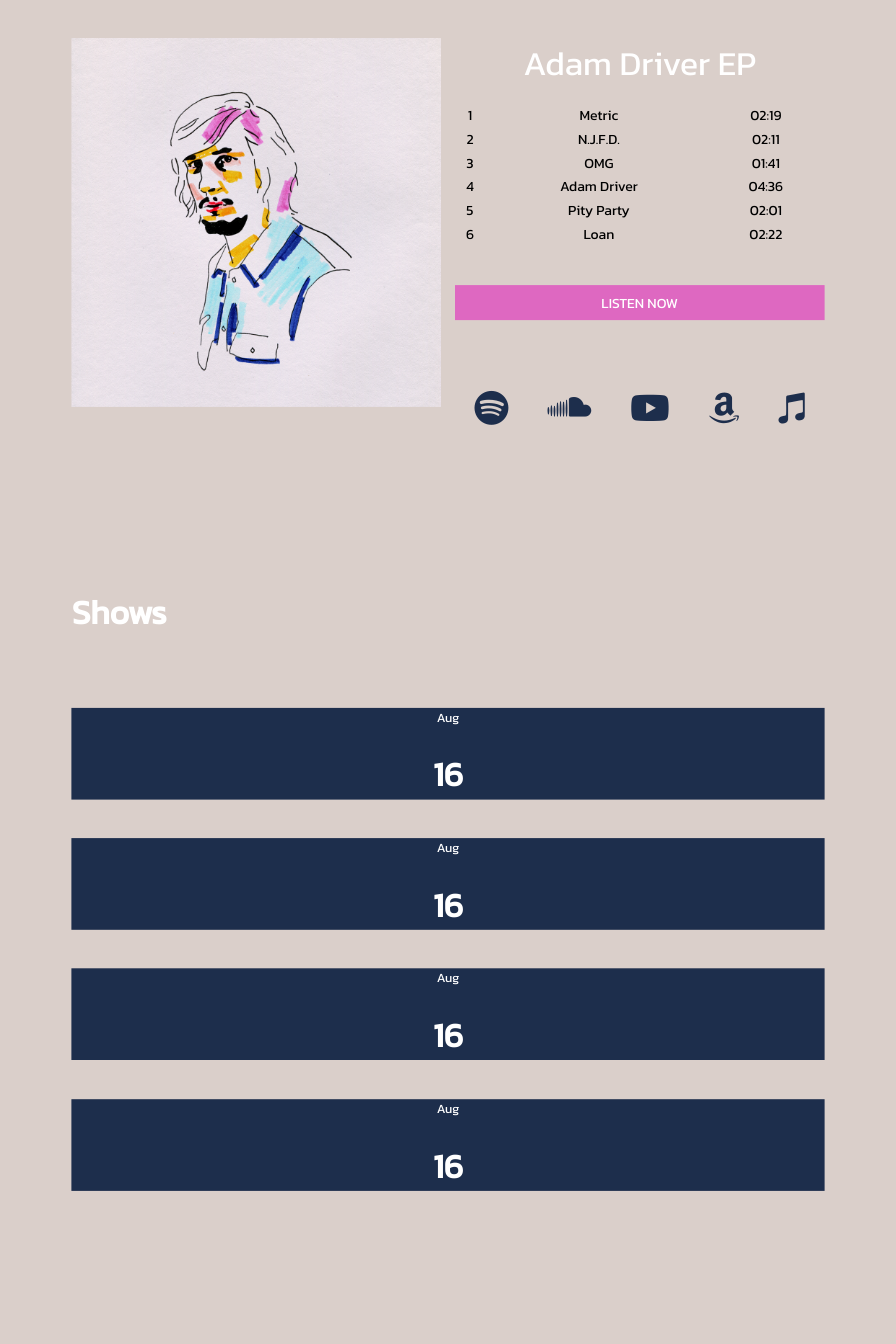
Repository: KrystellBarraza/SipperNYC
Page: index.html
An editor plug-in stored every save of this project. The page is shown before and after the next save, followed by the edit.
The browser window is 1280 px wide. The pictures show the part of the page from y = 1725 to 3645 px (the page is 3645 px tall before and 3375 px after), at 70% of full size.
Some web libraries are served in a nearby version.

Above is the page before, as saved 2019-08-26 15:22:19.

### index.html
<!DOCTYPE html>
    <head>
        <meta charset="utf-8">
        <meta http-equiv="X-UA-Compatible" content="IE=edge">
        <title>Sipper</title>
        <meta name="description" content="Wholesome and intrinsically delicate, SIPPER is an NYC based band who wants nothing more than to make you enjoy whatever they put out.">
        <meta name="viewport" content="width=device-width, initial-scale=1">
        <script src="https://kit.fontawesome.com/0942df55aa.js"></script>
        <script src="https://ajax.googleapis.com/ajax/libs/jquery/3.4.1/jquery.min.js"></script>
        <link rel="stylesheet" href="https://ajax.googleapis.com/ajax/libs/jqueryui/1.12.1/themes/smoothness/jquery-ui.css">
        <script src="https://ajax.googleapis.com/ajax/libs/jqueryui/1.12.1/jquery-ui.min.js"></script>
        <link href="https://fonts.googleapis.com/css?family=Kanit&display=swap" rel="stylesheet">
        <link rel="stylesheet" href="venobox/venoboxcopy.css" type="text/css" media="screen">
        <link rel="stylesheet" href="style.css">
    </head>
    <body>

        <div class="container-home">
            <div class="head">
                <header>
                    <h1><a href="index.html">Sipper</a></h1>

                    <div id="toggleText">
                        <p class="menuToggle Open placeHolder"></p>
                        <p class="menuToggle Close" style="color: #FFF;"></p>
                    </div>

                    <div id="menu">
                        <ul id="hiddenMenu">
                            <li><a href="#video">Video</a></li>
                            <li><a href="#music">Music</a></li>
                            <li><a href="#shows">Shows</a></li>
                            <li><a href="#about">About</a></li>
                        </ul>
                    </div>

                    <div class="inlineMenu">
                        <a href="#video">Video</a>
                        <a href="#music">Music</a>
                        <a href="#shows">Shows</a>
                        <a href="#about">About</a>
                    </div>

                </header>
            </div>

            <div id="menu-container"></div>

            <div class="menu">
                <div class="flexbox-nav">
                    <nav class="side-Nav">
                        <li><a href="#video">Video</a></li>
                        <li><a href="#music">Music</a></li>
                        <li><a href="#shows">Shows</a></li>
                        <li><a href="#about">About</a></li>
                    </nav>
                </div>
            </div>

            <div class="album">
                <img src="images/albumcover.jpg">
            </div>

            <div class="footer"></div>

        </div>


        <div class="container-video">
            <div class="head-video">
                <h1 id="video">Video</h1>
            </div>

            <div class="container video-a">
                <div class="content">
                    <a class="venobox" data-autoplay="true" data-vbtype="video" data-gall="myGallery" href="https://youtu.be/N3MalJX4Ll4">
                        <div class="content-overlay"></div>
                        <img class="content-image" src="images/AdamDriver.jpg" alt="Adam Driver">
                        <div class="content-details fadeIn-bottom">
                            <p class="content-title">Adam Driver</p>
                        </div>
                    </a>
                </div>
            </div>

            <div class="container video-b">
                <div class="content">
                    <a class="venobox" data-autoplay="true" data-vbtype="video" data-gall="myGallery" href="https://youtu.be/suzVxfuO1rU">
                        <div class="content-overlay"></div>
                        <img class="content-image" src="images/Metric.jpg" alt="Metric">
                        <div class="content-details fadeIn-top">
                            <p class="content-title">Metric</p>
                        </div>
                    </a>
                </div>
            </div>

            <div class="container video-c">
                <div class="content">
                    <a class="venobox" data-autoplay="true" data-vbtype="video" data-gall="myGallery" href="https://youtu.be/sNYNVeHuiyg">
                        <div class="content-overlay"></div>
                        <img class="content-image" src="images/NJFD.jpg" alt="N.J.F.D.">
                        <div class="content-details fadeIn-left">
                            <p class="content-title">N.J.F.D.</p>
                        </div>
                    </a>
                </div>
            </div>

            <div class="container video-d">
                <div class="content">
                    <a class="venobox" data-autoplay="true" data-vbtype="video" data-gall="myGallery" href="https://youtu.be/S9CmWtUvWd0">
                        <div class="content-overlay"></div>
                        <img class="content-image" src="images/OMG.jpg" alt="OMG">
                        <div class="content-details fadeIn-right">
                            <p class="content-title">OMG</p>
                        </div>
                    </a>
                </div>
            </div>

            <div class="footer-video"></div>

        </div>

        <div class="container-music">
            <div class="head-music">
                <h1 id="music">Music</h1>
            </div>

            <div class="ep">
                <img src="images/albumcover.jpg">
            </div>

            <div class="music-k">
                <p class="ep-title">Adam Driver EP</p>

                <table>
                    <tr>
                        <td>1</td>
                        <td>Metric</td>
                        <td>02:19</td>
                    </tr>
                    <tr>
                        <td>2</td>
                        <td>N.J.F.D.</td>
                        <td>02:11</td>
                    </tr>
                    <tr>
                        <td>3</td>
                        <td>OMG</td>
                        <td>01:41</td>
                    </tr>
                    <tr>
                        <td>4</td>
                        <td>Adam Driver</td>
                        <td>04:36</td>
                    </tr>
                    <tr>
                        <td>5</td>
                        <td>Pity Party</td>
                        <td>02:01<td>
                    </tr>
                    <tr>
                        <td>6</td>
                        <td>Loan</td>
                        <td>02:22</td>
                    </tr>
                </table>
            </div>

            <div class="music-j">
                <div class="listen">
                    <a href="https://levelmusic.lnk.to/AdamDriver_EP" target="_blank">Listen Now</a>
                </div>
            </div>

            <div class="fabIcons music-g">
                <a href="https://open.spotify.com/album/55qLPgpA8Q9fKp5JZo5pjp" target="_blank"><i class="fab fa-spotify"></i></a>
                <a href="https://soundcloud.com/invertebratemusic/sets/sipper-adam-driver-ep" target="_blank"><i class="fab fa-soundcloud"></i></a>
                <a href="https://www.youtube.com/channel/UC4grwiaSitqhA_vmRum_fdg/search?query=sipper" target="_blank"><i class="fab fa-youtube"></i></a>
                <a href="https://www.amazon.com/gp/product/B07QJBL8ZX/ref=dm_ws_sp_ps_dp" target="_blank"><i class="fab fa-amazon"></i></a>
                <a href="https://music.apple.com/us/album/1459355658?app=music" target="_blank"><i class="fab fa-itunes-note"></i></a>
            </div>

            <div class="footer-music"></div>

        </div>

        <div class="container-shows">
            <div class="head-shows">
                <h1 id="shows">Shows</h1>
            </div>

            <div class="shows-m">
                <div class="dates-container">
                    <div class="date">
                        <p style="color: #FFF;">Aug</p>
                        <h1>16</h1>
                    </div>
                </div>
            </div>


            <div class="shows-n">
                <div class="dates-container">
                    <div class="date">
                        <p style="color: #FFF;">Aug</p>
                        <h1>16</h1>
                    </div>
                </div>
            </div>


            <div class="shows-o">
                <div class="dates-container">
                    <div class="date">
                        <p style="color: #FFF;">Aug</p>
                        <h1>16</h1>
                    </div>
                </div>
            </div>


            <div class="shows-p">
                <div class="dates-container">
                    <div class="date">
                        <p style="color: #FFF;">Aug</p>
                        <h1>16</h1>
                    </div>
                </div>
            </div>


            <div class="footer-shows"></div>

        </div>

        <script src="app.js" async defer></script>
        <script src="venobox/venobox.mincopy.js" async defer></script>
    </body>
</html>

### style.css
* {
    box-sizing: border-box;
}

html {
    scroll-behavior: smooth;
}

body {
    margin: 0;
    background-color: #dacfca;
}

p, li {
    font-family: 'Kanit', sans-serif;
}

p {
    font-size: 18px;
}

h1 {
    font-family: 'Kanit', sans-serif;
    color: #fff;
    font-size: 48px;
}

a {
    text-decoration: none;
    color: #fff;
}

/* Header - Home */

.container-home {
    display: grid;
    grid-template-columns: repeat(12, 1fr);
    grid-template-rows: auto 2fr 1fr;
    grid-gap: 5px;
    grid-column-gap: 20px;
    padding-left: 8%;
    padding-right: 8%;
    grid-template-areas:
    "h h h h h h h h h h h h"
    "c c c c c c c c c m m m"
    "c c c c c c c c c m m m"
    "c c c c c c c c c m m m"
    "f f f f f f f f f f f f";
}

.head {
    grid-area: h;
}

.inlineMenu {
    font-family: 'Kanit', sans-serif;
    font-size: 22px;
    word-spacing: 1em;
    top: 16%;
    right: 10%;
    position: absolute;
}

@media (min-width: 566px) and (max-width: 569px) {
    .inlineMenu {
        top: 19.5%;
        word-spacing: .5em;
    }
}

/* Toggled Header Nav */

#toggleText {
    top: 5%;
    right: 10%;
    color: #fff;
    position: absolute;
    z-index: 10;
}

#menu-container {
    background-color: #1d2e4c;
    position: absolute;
    width: 100%;
    left: 0%;
    height: 100vh;
    z-index: 6;
}

#menu {
    background-color: #1d2e4c;
    position: absolute;
    top: 0%;
    left: 0%;
    width: 100%;
    height: 100vh;
    z-index: 7;
}

#hiddenMenu {
    position: absolute;
    top: 30%;
}

p.placeHolder {
    display: none;
}

p.Open:before {
    content: "Menu";
}

p.Close:before {
    content: "Close";
}

ul {
    list-style: none;
}

li {
    font-size: 44px;
    line-height: 46pt;
}

/* Toggled Menu Media Queries */

@media only screen and (max-width: 450px) {
    nav {
        visibility: hidden;
    }
}

@media only screen and (min-width: 450px) {
    #toggleText {
        visibility: hidden;
    }

    #menu {
        visibility: hidden;
    }

    #menu-container {
        visibility: hidden;
    }
}

/* Scrollbar */

::-webkit-scrollbar { width: 8px; }

::-webkit-scrollbar-track { color: transparent; }

::-webkit-scrollbar-thumb {
    background-color: rgba(000, 0, 0, 0.2);
    border-radius: 5px;
}

/* Menu */

.menu {
    grid-area: m;
}

.flexbox-nav {
    display: flex;
    align-items: flex-end;
    justify-content: flex-end;
    margin-top: 356px;
}

.side-nav {
    align-self: flex-end;
    margin-top: 30px;
}

nav > a {
    font-family: 'Kanit', sans-serif;
    color: #fff;
    font-size: 48px;
}

nav > li {
    list-style-type: none;
    padding: 0;
    margin: 0;
}

@media only screen and (max-width: 416px){
    .menu {
        display: none;
    }

    .container-home {
        display: grid;
        grid-template-columns: repeat(12, 1fr);
        grid-template-rows: auto 2fr 1fr;
        grid-gap: 5px;
        padding-left: 8%;
        padding-right: 8%;
        grid-template-areas:
        "h h h h h h h h h h h h"
        "c c c c c c c c c c c c"
        "c c c c c c c c c c c c"
        "c c c c c c c c c c c c"
        "f f f f f f f f f f f f";
    }

    .album > img {
        object-fit: contain;
        width: 100%;
    }

}

/* Inline Menu Queries */

@media only screen and (max-width: 416px) {
    .inlineMenu {
        display: none;
    }
}

@media only screen and (min-width: 766px){
    .inlineMenu {
        display: none;
    }
}

/* Mobile Landscape Queries */

@media (orientation: landscape) and (max-width: 766px) {
    .menu {
        display: none;
    }

    .container-home {
        display: grid;
        grid-template-columns: repeat(12, 1fr);
        grid-template-rows: auto 2fr 1fr;
        grid-gap: 5px;
        padding-left: 8%;
        padding-right: 8%;
        grid-template-areas:
        "h h h h h h h h h h h h"
        "c c c c c c c c c c c c"
        "c c c c c c c c c c c c"
        "c c c c c c c c c c c c"
        "f f f f f f f f f f f f";
    }

    .album > img {
        object-fit: contain;
        width: 100%;
    }
}

/* Album */

.album {
    grid-area: c;
}

.album > img {
    object-fit: contain;
    width: 100%;
    max-height: 600px;
}

.footer {
    grid-area: f;
    height: 70px;
}


/* Video */

.container-video {
    display: grid;
    grid-template-columns: repeat(12, 1fr);
    grid-template-rows: auto 1fr 1fr;
    grid-gap: 5px;
    grid-column-gap: 20px;
    padding-left: 8%;
    padding-right: 8%;
    grid-template-areas:
    "h h h h h h h h h h h h"
    "a a a a a a b b b b b b"
    "c c c c c c d d d d d d"
    "f f f f f f f f f f f f";
}

.head-video {
    grid-area: h;
}

.video-a {
    grid-area: a;
    justify-self: center;
}

.video-b {
    grid-area: b;
    justify-self: center;
}

.video-c {
    grid-area: c;
    justify-self: center;
}

.video-d {
    grid-area: d;
    justify-self: center;
}

.footer-video {
    grid-area: f;
    height: 70px;
}

.container .title {
    text-align: center;
}

.content {
    position: relative;
    width: 100%;
    max-width: 550px;
    overflow: hidden;
}

.content .content-overlay {
    background: rgba(0,0,0,0.7);
    position: absolute;
    height: 99%;
    width: 100%;
    opacity: 0;
    -webkit-transition: all 0.4s ease-in-out 0s;
    -moz-transition: all 0.4s ease-in-out 0s;
    transition: all 0.4s ease-in-out 0s;
}

.content:hover .content-overlay {
    opacity: 1;
}

.content-image {
    width: 100%;
}

.content-details {
    position: absolute;
    text-align: center;
    padding-left: 1em;
    padding-right: 1em;
    width: 100%;
    top: 50%;
    left: 50%;
    opacity: 0;
    -webkit-transform: translate(-50%, -50%);
    -moz-transform: translate(-50%, -50%);
    transform: translate(-50%, -50%);
    -webkit-transition: all 0.3s ease-in-out 0s;
    -moz-transition: all 0.3s ease-in-out 0s;
    transition: all 0.3s ease-in-out 0s;
}

.content:hover .content-details {
    top: 50%;
    left: 50%;
    opacity: 1;
}

.content-details p {
    color: #fff;
    font-weight: 500;
    letter-spacing: 0.15em;
    margin-bottom: 0.5em;
    font-size: 0.8em;
    text-transform: uppercase;
}

.fadeIn-bottom {
    top: 80%;
}

.fadeIn-top {
    top: 20%;
}

.fadeIn-left {
    left: 20%;
}

.fadeIn-right {
    left: 80%;
}

@media only screen and (max-width: 416px){
    .container-video {
        display: grid;
        grid-template-columns: repeat(12, 1fr);
        grid-template-rows: auto 1fr 1fr;
        grid-gap: 5px;
        padding-left: 8%;
        padding-right: 8%;
        grid-template-areas:
        "h h h h h h h h h h h h"
        "a a a a a a a a a a a a"
        "b b b b b b b b b b b b"
        "c c c c c c c c c c c c"
        "d d d d d d d d d d d d"
        "f f f f f f f f f f f f";
    }

    .footer-video {
        display: none;
    }
}

/* Music */

.container-music {
    display: grid;
    grid-template-columns: repeat(12, 1fr);
    grid-template-rows: repeat(6, 1fr);
    grid-gap: 5px;
    grid-column-gap: 20px;
    padding-left: 8%;
    padding-right: 8%;
    grid-template-areas:
    "h h h h h h h h h h h h"
    "e e e e e e k k k k k k"
    "e e e e e e k k k k k k"
    "e e e e e e j j j j j j"
    "e e e e e e g g g g g g"
    "f f f f f f f f f f f f";
}

.head-music {
    grid-area: h;
}

.footer-music {
    grid-area: f;
    height: 70px;
}

.ep {
    grid-area: e;
}

.ep > img {
    object-fit: contain;
    width: 100%;
    max-height: 600px;
}

.music-k {
    grid-area: k;
}

.music-k > .ep-title {
    object-fit: contain;
    text-align: center;
    font-size: 48px;
    color: #fff;
    margin: 0;
    width: 100%;
}

.music-k > table {
    font-family: 'Kanit', sans-serif;
    object-fit: contain;
    text-align: center;
    padding-top: 20px;
    border: 0;
    font-size: 20px;
    width: 100%;
}

.music-g {
    grid-area: g;
    align-items: center;
}

.fabIcons {
    display: flex;
    justify-content: space-around;
}

i {
    font-family:'FontAwesome';
    font-size: 50px;
    color: #1d2e4c;
    transition: 0.5s;
}

i.fab:hover {
    color: #3a527c;
}

.music-j {
    grid-area: j;
    align-items: center;
}

.listen {
    margin-top: 50px;
    display: flex;
    justify-content: space-around;
    background: #de68c1;
    font-family: 'Kanit', sans-serif;
    text-transform: uppercase;
    text-align: center;
    align-items: center;
    height: 50px;
    font-size: 1.25em;
    -webkit-transition: 0.5s;
    transition: 0.5s;
    border: none;
}

.listen:hover {
    background: #e794ce;
}

@media only screen and (max-width: 376px) {
    i {
        font-size: 40px;
    }
}

@media screen and (max-width: 824px) {
    .music-k > .ep-title {
        font-size: 36px;
        text-align: center;
    }

    i {
        font-size: 36px;
    }

    .container-music {
        display: grid;
        grid-template-columns: repeat(12, 1fr);
        grid-template-rows: 1fr 1fr 1fr auto;
        grid-gap: 5px;
        grid-column-gap: 20px;
        padding-left: 8%;
        padding-right: 8%;
        grid-template-areas:
        "h h h h h h h h h h h h"
        "e e e e e e k k k k k k"
        "e e e e e e k k k k k k"
        "g g g g g g j j j j j j"
        "f f f f f f f f f f f f";
    }

    .listen {
        margin-top: 10px;
    }

    .fabIcons {
        margin-top: 10px;
    }
}

@media (orientation: landscape) and (max-width: 668px) {
    .music-k > .ep-title {
        font-size: 25px;
    }

    .music-k > table {
        font-size: 14px;
        width: 100%;
        text-align: center;
    }

    .listen {
        margin-top: 0;
    }

    .fabIcons {
        margin-top: 0;
    }
}

@media only screen and (max-width: 416px) {
    .container-music {
        display: grid;
        grid-template-columns: repeat(12, 1fr);
        grid-template-rows: 1fr auto;
        grid-gap: 5px;
        grid-column-gap: 20px;
        padding-left: 8%;
        padding-right: 8%;
        grid-template-areas:
        "h h h h h h h h h h h h"
        "e e e e e e e e e e e e"
        "e e e e e e e e e e e e"
        "k k k k k k k k k k k k"
        "k k k k k k k k k k k k"
        "j j j j j j j j j j j j"
        "g g g g g g g g g g g g"
        "f f f f f f f f f f f f";
    }

    .music-k > table {
        font-size: 16px;
        width: 100%;
        text-align: center;
    }

    .music-k > .ep-title {
        font-size: 36px;
        text-align: center;
    }

    .listen {
        margin-top: 20px;
    }

    .music-g {
        margin-top: 25px;
        margin-bottom: 25px;
    }

    .footer-music {
        display: none;
    }

}

/* Shows */

.container-shows {
    display: grid;
    grid-template-columns: repeat(12, 1fr);
    grid-template-rows: repeat(6, 1fr);
    grid-gap: 5px;
    grid-column-gap: 20px;
    padding-left: 8%;
    padding-right: 8%;
    grid-template-areas:
    "h h h h h h h h h h h h"
    "m m m m m m m m m m m m"
    "n n n n n n n n n n n n"
    "o o o o o o o o o o o o"
    "p p p p p p p p p p p p"
    "f f f f f f f f f f f f";
}

.head-shows {
    grid-area: h;
}

.shows-m {
    grid-area: m;
}

.shows-n {
    grid-area: n;
}

.shows-o {
    grid-area: o;
}

.shows-p {
    grid-area: p;
}

.footer-shows {
    grid-area: f;
    height: 70px;
}

.dates-container {
    background-color: rgba(255, 255, 255, 0.37);
    transition: 0.5s;
}

.dates-container:hover {
    background-color: rgba(255, 255, 255, 0.568);
}

.date {
    background-color: #1d2e4c;
    text-align: center;
}

### app.js
$(document).ready(() => {
    $('#toggleText').click(() => {
      $('.menuToggle').toggleClass('placeHolder');
      $('#menu').toggle('slide',{direction:'up'}, 1000);
      $('#menu-container').toggle('fade',{direction: 'down'}, 500);
    });
  });

  $(document).ready(function(){
    $('.venobox').venobox({
        spinner:'three bounce',
        closeBackground: 'transparent'
    });
});

Loaded but not shown: venobox/venoboxcopy.css (common file); venobox/venobox.mincopy.js (library)

After the next save:
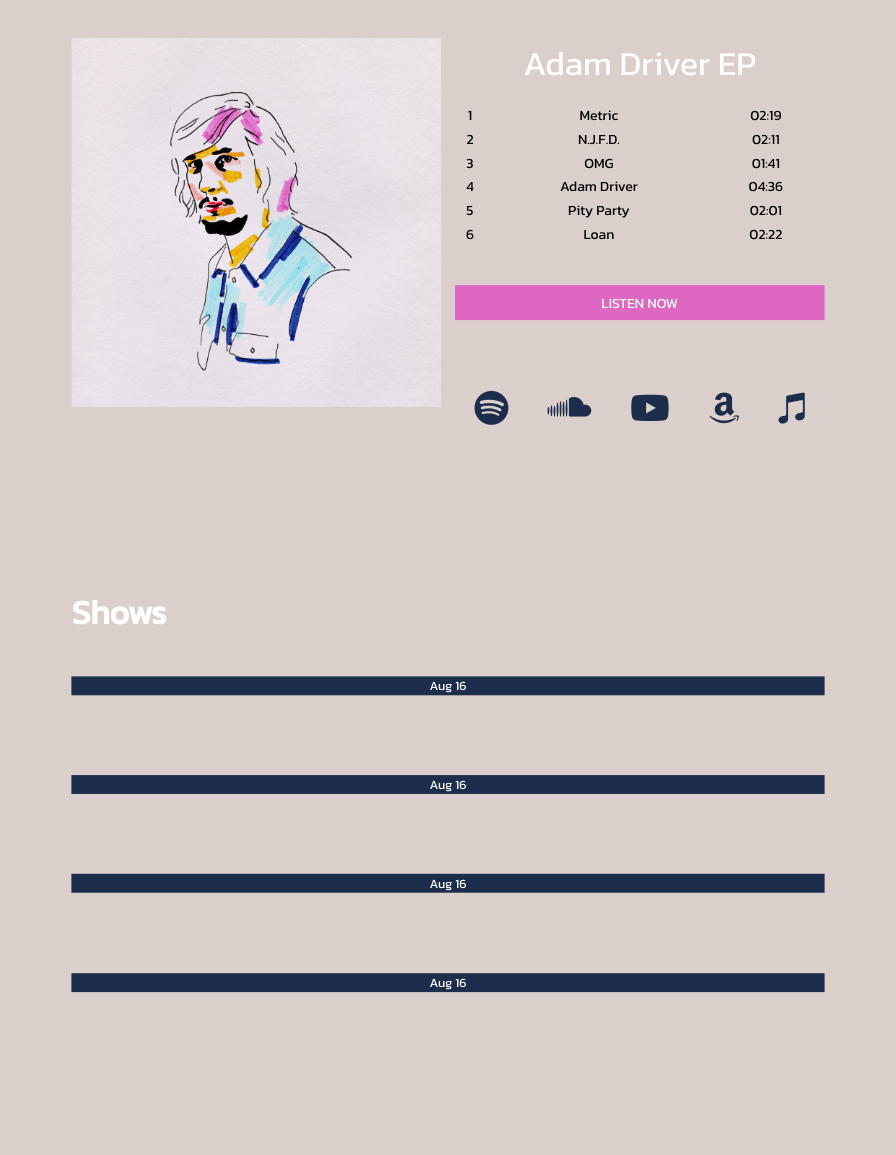
Saved 3 min 4 s later.
--- a/index.html
+++ b/index.html
@@ -195,8 +195,7 @@
             <div class="shows-m">
                 <div class="dates-container">
                     <div class="date">
-                        <p style="color: #FFF;">Aug</p>
-                        <h1>16</h1>
+                        <p style="color: #FFF;">Aug 16</p>
                     </div>
                 </div>
             </div>
@@ -205,8 +204,7 @@
             <div class="shows-n">
                 <div class="dates-container">
                     <div class="date">
-                        <p style="color: #FFF;">Aug</p>
-                        <h1>16</h1>
+                        <p style="color: #FFF;">Aug 16</p>
                     </div>
                 </div>
             </div>
@@ -215,8 +213,7 @@
             <div class="shows-o">
                 <div class="dates-container">
                     <div class="date">
-                        <p style="color: #FFF;">Aug</p>
-                        <h1>16</h1>
+                        <p style="color: #FFF;">Aug 16</p>
                     </div>
                 </div>
             </div>
@@ -225,8 +222,7 @@
             <div class="shows-p">
                 <div class="dates-container">
                     <div class="date">
-                        <p style="color: #FFF;">Aug</p>
-                        <h1>16</h1>
+                        <p style="color: #FFF;">Aug 16</p>
                     </div>
                 </div>
             </div>
